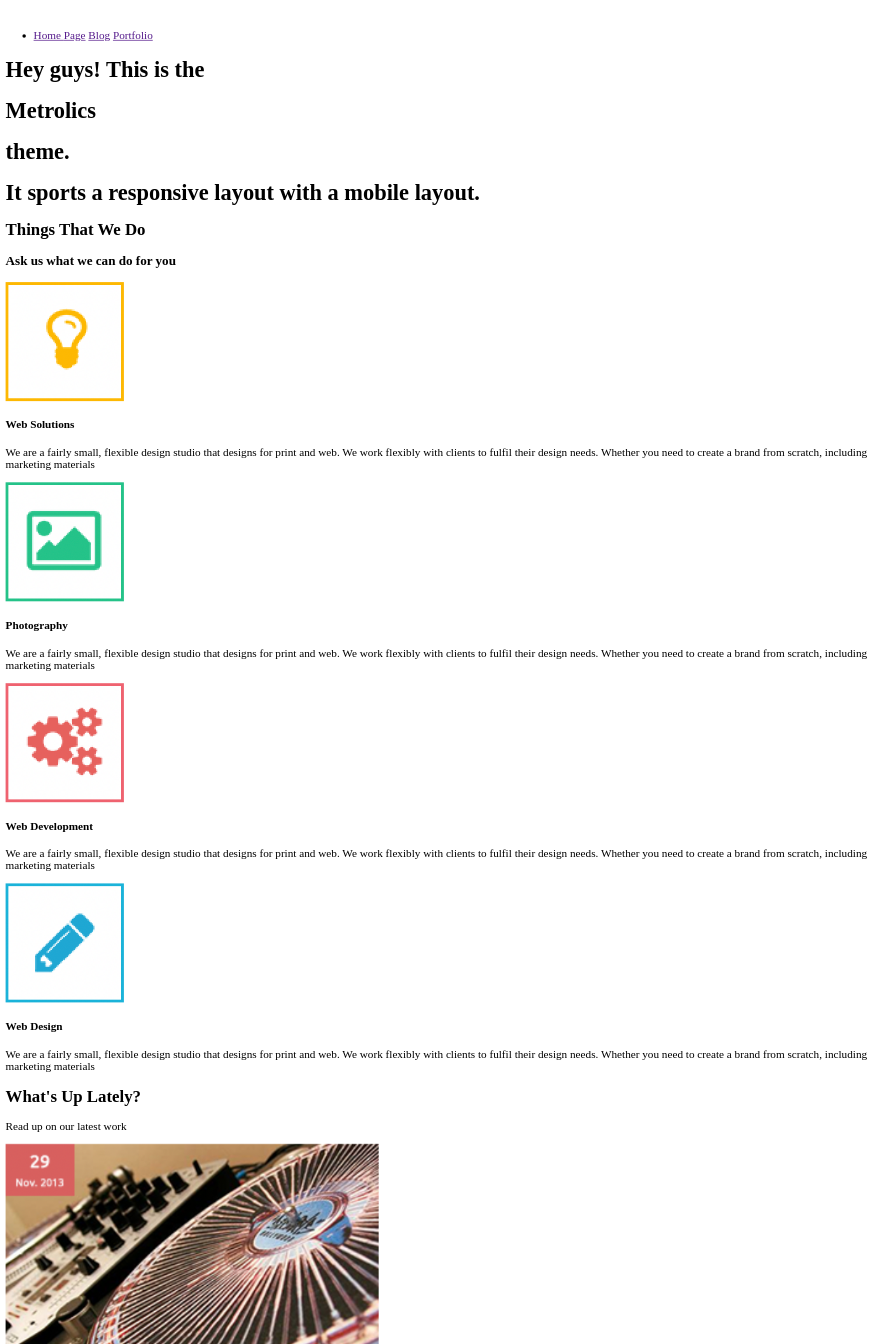
Repository: JerryWuOn/BCITPROJECT1-LAB-03B
Page: index.html
The author's editor kept a copy of each file at every save. The page is drawn from the files as they stood at one save, then again after the next save.
The browser window is 1280 px wide. The pictures show the part of the page from y = 0 to 1920 px (the page is 9281 px tall), at 70% of full size.

Above is the page before, as saved 2023-01-27 18:01:25.

### index.html
<!DOCTYPE html>
<html lang="en">
<head>
  <meta name="viewport" content="width=device-width, initial-scale=1.0">
    <title>Team Jerry and Takami</title>
</head>
<body class="page page--home">

  <header class="page_header">
      <div class="page_header_logo">
        <img src="" alt="">
      </div>
      <section class="home_pages">
        <ul class="page-links">
          <li class="page-links_items">
            <a href="">Home </a>
            <a href="">Page</a>
            <a href="">Blog</a>
            <a href="">Portfolio</a>
            <a href=""></a>
          </li>

        </ul>
      </section>

    <div class="Home"></div>
    <div class="Page"></div>
    <div class="Blog"></div>
    <div class="Potfolio"></div>
    <div class="Home"></div>
</div>
  </header>
      <div class="slide-show">

      </div>

         <div>
         <h1  class="font1">Hey guys! This is the</h1><h1 class="font1--colour-blue">Metrolics</h1><h1  class="font1">theme.</h1>
         <h1  class="font1">It sports a responsive layout with a mobile layout.</h1>
        </div>

          <h2>Things That We Do</h2>
            <h3>Ask us what we can do for you</h3>

             <div class="">

                <div>
                   <a><img src="icon1.png" href=""></a>
                   <h4>Web Solutions</h4>
                   <p>We are a fairly small, flexible design studio that designs for print and web. We work flexibly with clients to fulfil their design needs.
                    Whether you need to create a brand from scratch, including marketing materials</p>
                </div>

                <div>
                    <a><img src="icon2.png" href=""></a>
                    <h4>Photography</h4>
                    <p>We are a fairly small, flexible design studio that designs for print and web.
                      We work flexibly with clients to fulfil their design needs. Whether you need to create a brand from scratch, including marketing materials</p>
                 </div>

                 <div>
                    <a><img src="icon3.png" href=""></a>
                    <h4>Web Development</h4>
                    <p>We are a fairly small, flexible design studio that designs for print and web.
                      We work flexibly with clients to fulfil their design needs. Whether you need to create a brand from scratch, including marketing materials</p>
                 </div>

                 <div>
                    <a><img src="icon4.png" href=""></a>
                    <h4>Web Design</h4>
                    <p>We are a fairly small, flexible design studio that designs for print and web. We work flexibly with clients to fulfil their design needs.
                      Whether you need to create a brand from scratch, including marketing materials</p>
                 </div>

                </div>


        <div>
            <h2>What's Up Lately?</h2>
            <p>Read up on our latest work</p>
        </div>

          <div>
            <div><img src="pic.png"></div>
            <div><img src="pic.png"></div>
            <div><img src="pic.png"></div>
          </div>

          <div>
            <h2>Our Latest Project</h2>
            <p>Client happy? We are happy.</p>
          </div>

          <div class="grid">
            <div><img src="pic2.png"></div>
            <div><img src="pic2.png"></div>
            <div><img src="pic2.png"></div>
            <div><img src="pic2.png"></div>
            <div><img src="pic2.png"></div>
            <div><img src="pic2.png"></div>
          </div>



          <div class="button--left">
            <h2>Thingsofabove</h2>
            <p>Music stuff we could not anyolace else</p>

          <div>
            <h2></h2>
              <div>
                <img>
                   <div>
                    <h3></h3>
                    <p></p>
                   </div>
              </div>
          </div>

          <div>
            <h2></h2>
          </div>

          <div>
            <h2></h2>
          </div>

          </div>

                 <div class="button--right">

                 </div>


            <div class="grid-containers2">

              <div><img src="pic2.png"></div>
              <div><img src="pic2.png"></div>
              <div><img src="pic2.png"></div>
              <div><img src="pic2.png"></div>
              <div><img src="pic2.png"></div>

            </div>

        <div>
            <div>
                <a><img></a>
                <p></p>
            </div>

              <div>
                <div>
                    <h4></h4>
                    <hl>
                    <p></p>
                      <div class="grid-containers3">
                        <div><img src="pic2.png"></div>
                        <div><img src="pic2.png"></div>
                        <div><img src="pic2.png"></div>
                        <div><img src="pic2.png"></div>
                        <div><img src="pic2.png"></div>
                      </div>
                </div>

                <div>
                    <h2></h2>
                     <div>
                        <a></a>
                        <a></a>
                        <a></a>
                     </div>
                       <div class="">
                        <a></a>
                        <a></a>
                        <a></a>
                       </div>
                </div>

                <div>
                    <h2></h2>
                        <div>
                            <div></div>
                            <p></p>
                        </div>

                          <div>
                            <div></div>
                            <p></p>
                          </div>
                </div>

                <div>
                    <h2></h2>
                    <p></p>
                    <p></p><a></a>
                </div>
              </div>
        </div>
</body>
</html>

After the next save:
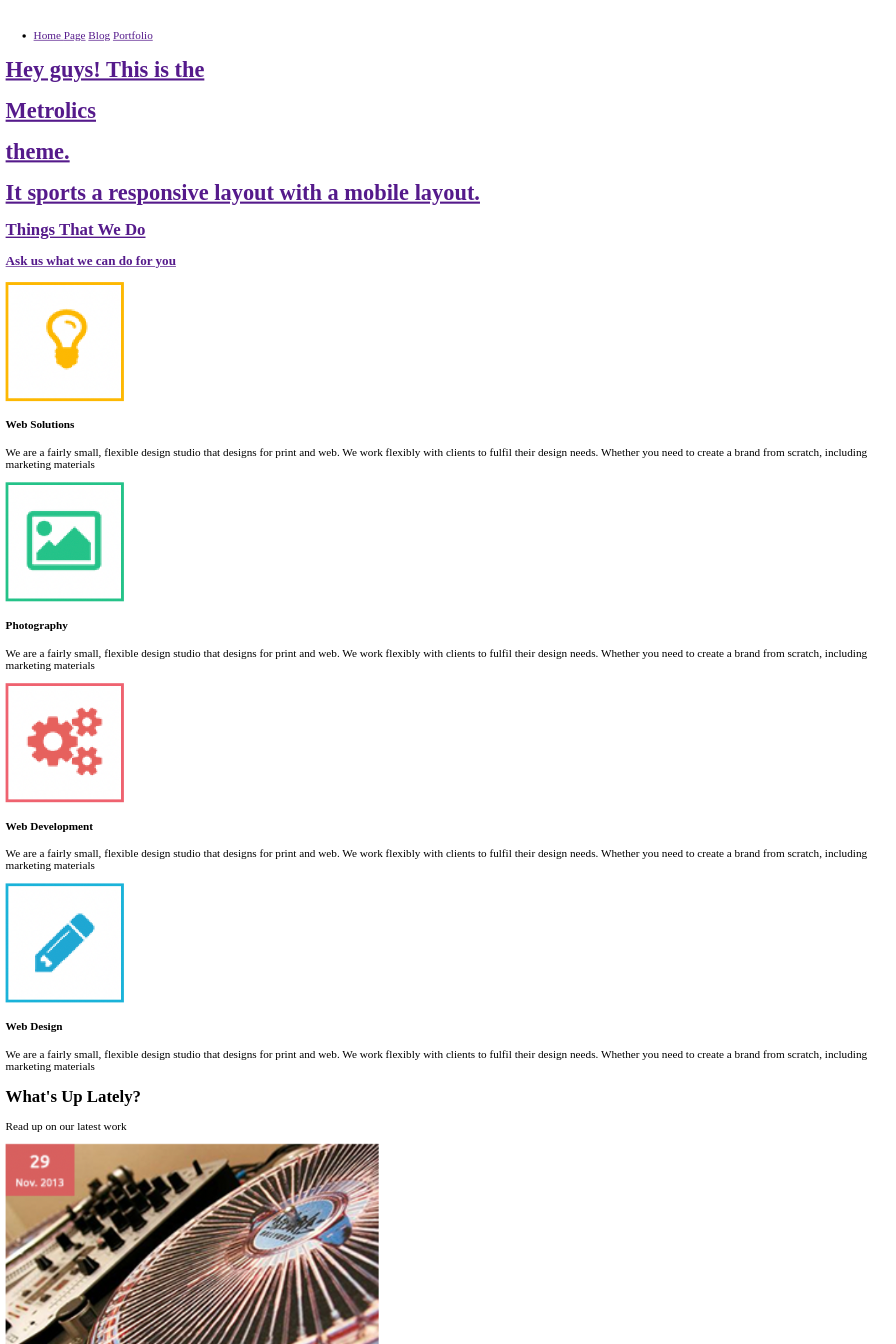
Saved 7 s later.
--- a/index.html
+++ b/index.html
@@ -17,7 +17,7 @@
             <a href="">Page</a>
             <a href="">Blog</a>
             <a href="">Portfolio</a>
-            <a href=""></a>
+            <a href=""</a>
           </li>
 
         </ul>

After the save that followed:
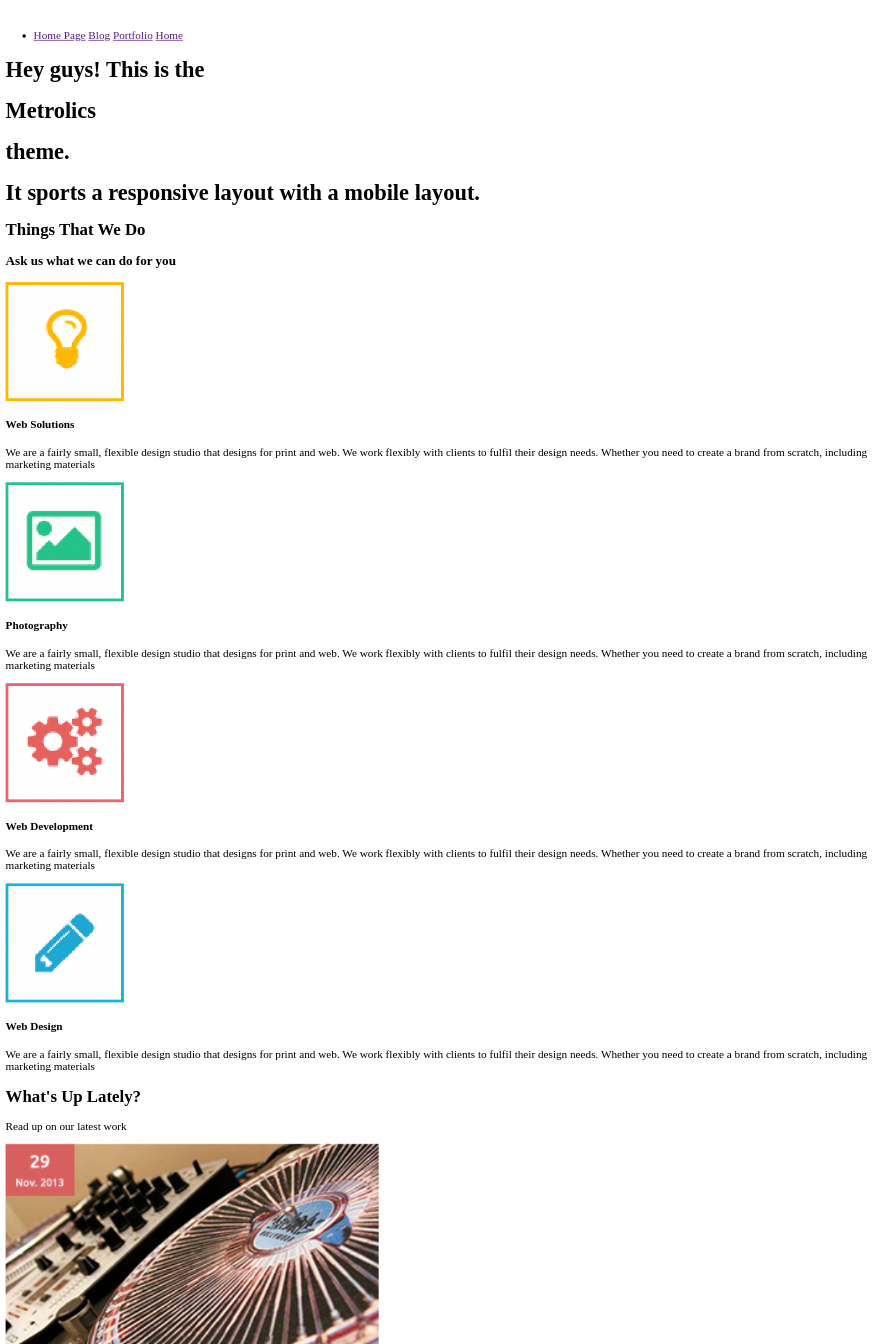
Saved 6 s later.
--- a/index.html
+++ b/index.html
@@ -17,7 +17,7 @@
             <a href="">Page</a>
             <a href="">Blog</a>
             <a href="">Portfolio</a>
-            <a href=""</a>
+            <a href="">Home</a>
           </li>
 
         </ul>
